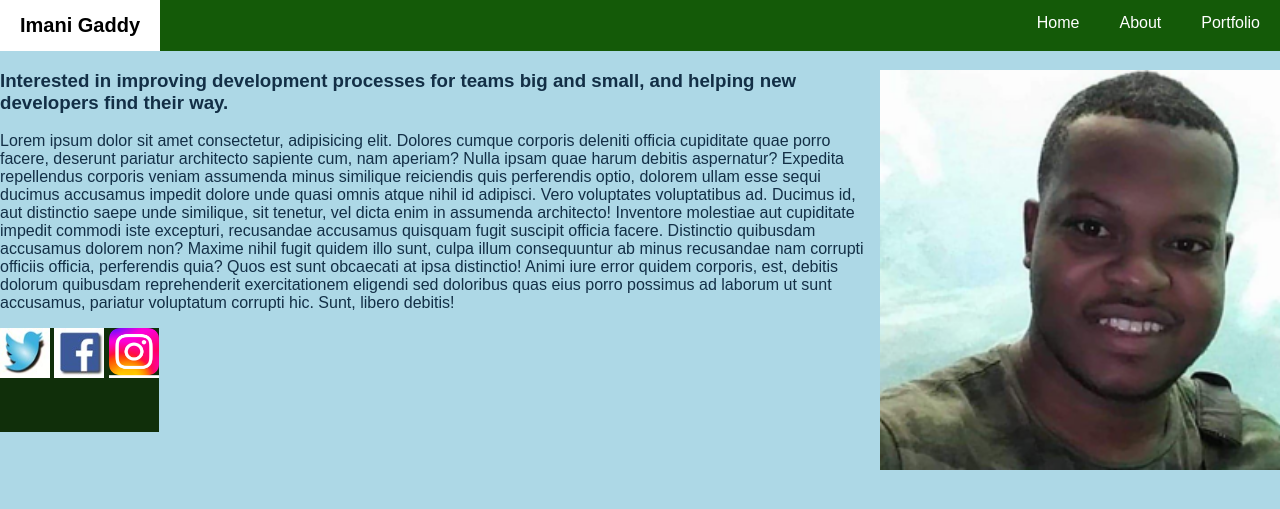
Repository: website-dev-team/website-repo
Page: personal_site/portfolio.html
The author's editor kept a copy of each file at every save. The page is drawn from the files as they stood at one save, then again after the next save.
The browser window is 1280 px wide. The pictures show the whole page.

Above is the page before, as saved 2024-07-17 00:16:44.

After the next save:
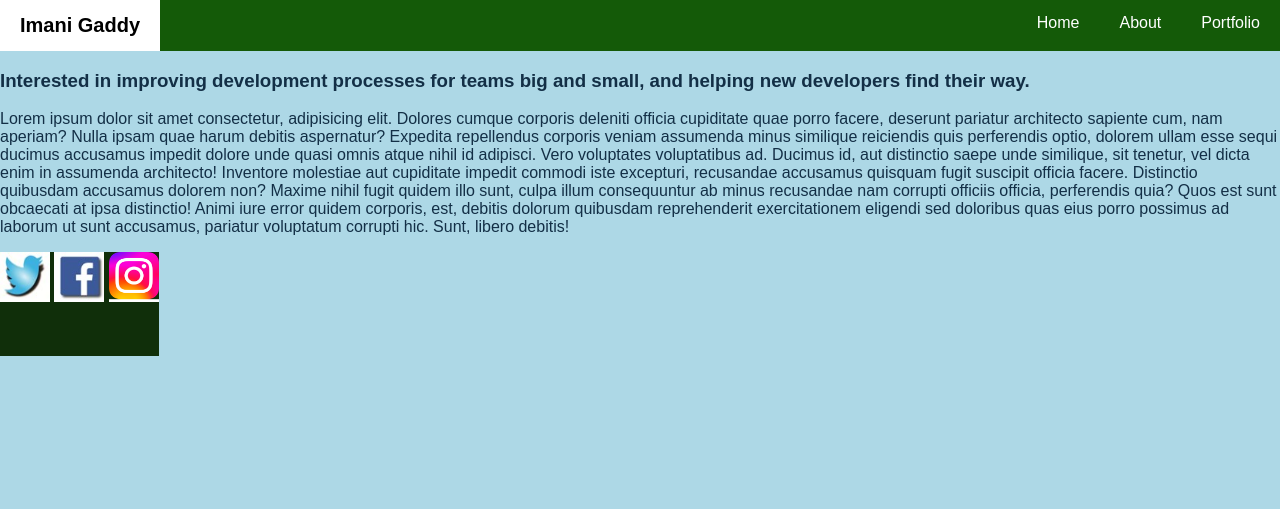
Saved 66 s later.
--- a/personal_site/portfolio.html
+++ b/personal_site/portfolio.html
@@ -17,8 +17,8 @@
     </header>
     <div>
         <section>
-            <img src="Profile.png" alt="Profile Image" class="float-left" width="400" height="400">
-            <section class="box2"><h3>Interested in improving development processes for teams big and small, and helping new developers find their way.</h3>
+
+            <section><h3>Interested in improving development processes for teams big and small, and helping new developers find their way.</h3>
         <p>Lorem ipsum dolor sit amet consectetur, adipisicing elit. Dolores cumque corporis deleniti officia cupiditate quae porro facere, deserunt pariatur architecto sapiente cum, nam aperiam? Nulla ipsam quae harum debitis aspernatur?
         Expedita repellendus corporis veniam assumenda minus similique reiciendis quis perferendis optio, dolorem ullam esse sequi ducimus accusamus impedit dolore unde quasi omnis atque nihil id adipisci. Vero voluptates voluptatibus ad.
         Ducimus id, aut distinctio saepe unde similique, sit tenetur, vel dicta enim in assumenda architecto! Inventore molestiae aut cupiditate impedit commodi iste excepturi, recusandae accusamus quisquam fugit suscipit officia facere.
